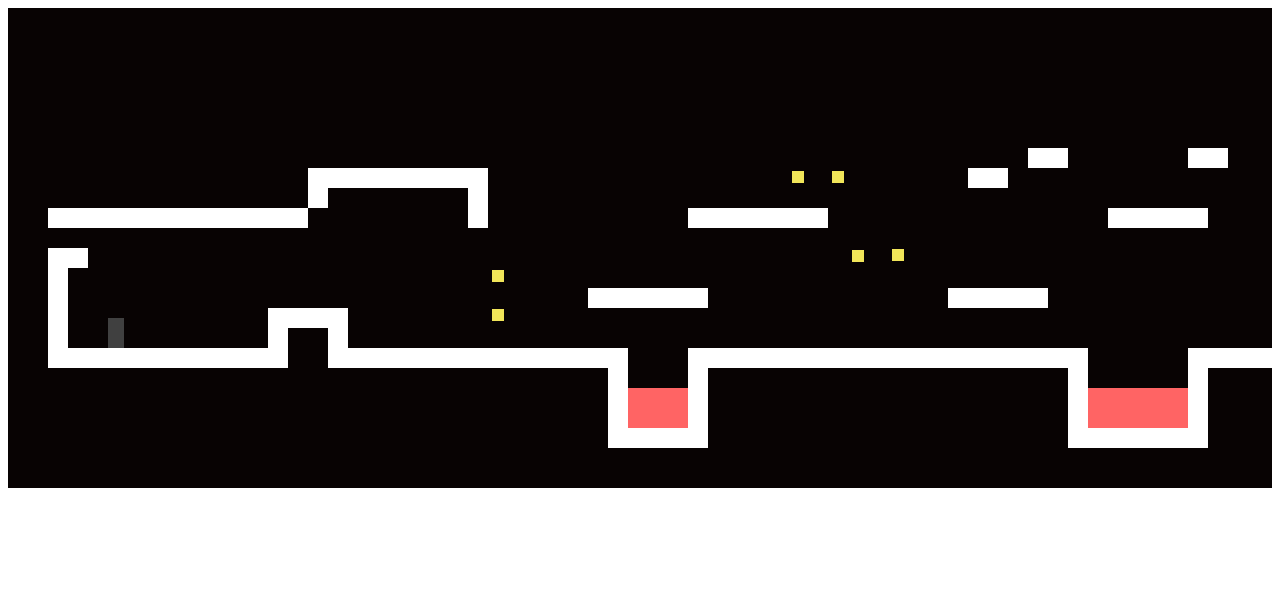
Repository: luccas-teddy/examenlucas
Page: index.html
These files come from the project's save history. The page is drawn as it stood at one moment and after the next save; the edit follows.
The browser window is 1280 px wide. The pictures show the whole page.

Above is the page before, as saved 2021-02-11 22:32:24.

After the next save:
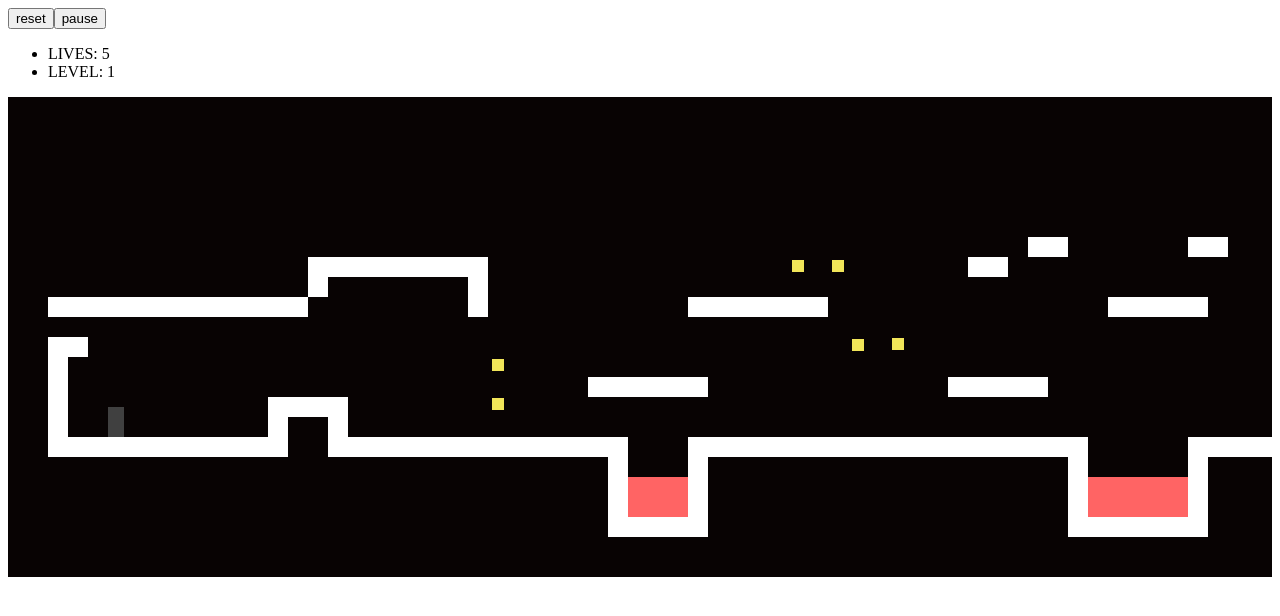
Saved 36 s later.
--- a/index.html
+++ b/index.html
@@ -1,19 +1,16 @@
 <!doctype html>
+<table>
+<tr>
+  <button id="reset" class="gamebutton" onclick="this.blur();">reset</button>
+  <button id="pause" class="gamebutton" onclick="this.blur();">pause</button>
+</tr>
 
 
-
-
-
-
-
-
-
-
-
-
-
-
-
+<ul>
+  <li id="lives" class="statss">LIVES: 5</li>
+  <li id="level" class="stats">LEVEL: 1</li>
+</ul>
+</table>
 <script src="code/chapter/16_game.js"></script>
 <script src="code/levels.js"></script>
 
